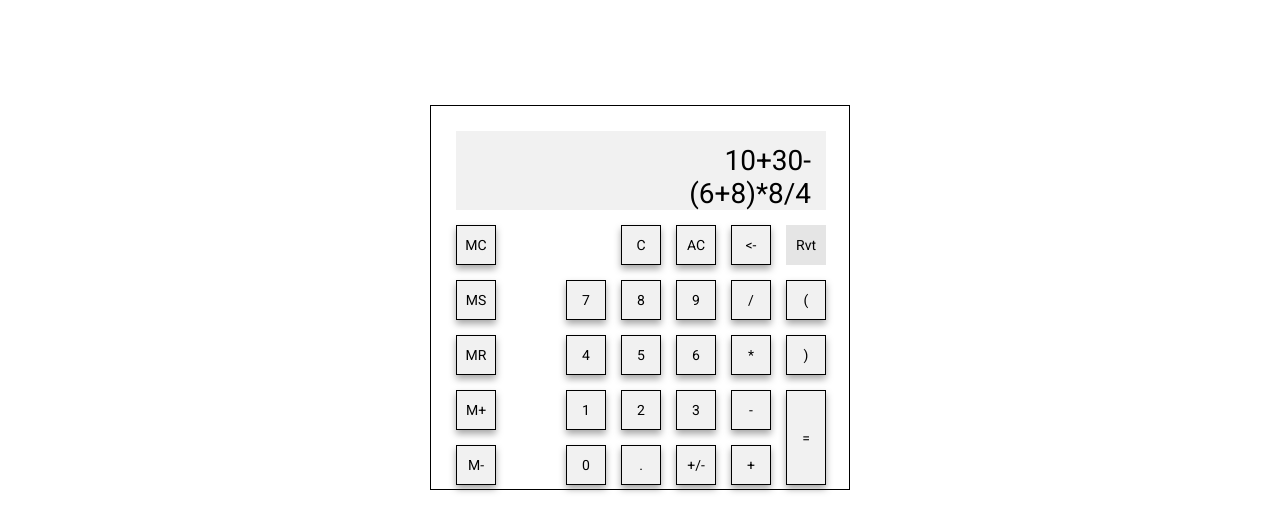
Repository: Teracle/calculator
Page: index.html
An editor plug-in stored every save of this project. The page is shown before and after the next save, followed by the edit.
The browser window is 1280 px wide. The pictures show the whole page.

Above is the page before, as saved 2022-05-06 12:57:59.

### index.html
<!DOCTYPE html>
<html lang="en">
<head>
    <meta charset="UTF-8">
    <meta http-equiv="X-UA-Compatible" content="IE=edge">
    <meta name="viewport" content="width=device-width, initial-scale=1.0">
    <title>Document</title>
    <link rel="stylesheet" href="./css/style.css">

    <!--Google fonts-->
    <link rel="preconnect" href="https://fonts.googleapis.com">
    <link rel="preconnect" href="https://fonts.gstatic.com" crossorigin>
    <link href="https://fonts.googleapis.com/css2?family=Roboto&display=swap" rel="stylesheet">
    <!--Google fonts-->

</head>
<body>

    <section class="calculator">


        <div class="result-field" id="result">10+30-(6+8)*8/4</div>


        <div class="container">

        <div class="buttons-col1">
            <div class="button">MC</div>
            <div class="button">MS</div>
            <div class="button">MR</div>
            <div class="button">M+</div>
            <div class="button">M-</div>
        </div>

        <!-- <div class="buttons-row">
            <div class="button">C</div>
            <div class="button">AC</div>
            <div class="button"><-</div>
            <div class="button button-rvt">Rvt</div>
        </div> -->

        <div class="buttons-row1">
            <div></div>
            <div class="button">7</div>
            <div class="button">4</div>
            <div class="button" value="1" id="num1">1</div>
            <div class="button">0</div>

        </div>

        <div class="buttons-row2">
            <div class="button">C</div>
            <div class="button">8</div>
            <div class="button">5</div>
            <div class="button">2</div>
            <div class="button">.</div>

        </div>
        <div class="buttons-row2">
            <div class="button">AC</div>
            <div class="button">9</div>
            <div class="button">6</div>
            <div class="button">3</div>
            <div class="button">+/-</div>

        </div>

        <div class="buttons-row2">
            <div class="button"><-</div>
            <div class="button" id="divide">/</div>
            <div class="button" id="plus">*</div>
            <div class="button" id="minus">-</div>
            <div class="button" id="plus">+</div>

        </div>

        <div class="buttons-row2">
            <div class="button button-rvt">Rvt</div>
            <div class="button">(</div>
            <div class="button">)</div>
            <div class="button button-calculate">=</div>


        </div>


        <!-- <div class="buttons-grid-main">
            <div class="button">7</div>
            <div class="button">4</div>
            <div class="button">1</div>
            <div class="button">0</div>
        </div> -->


        </div>

    </section>


    <script src="./js/script.js"></script>
</body>
</html>

### css/style.css
*{
    box-sizing: border-box;
}

h1,h2,h3,h4,h5,p{
    margin: 0;
    padding: 0;
}

body{
    font-family:'Roboto',sans-serif;
    font-weight: 400;
    font-size: 14px;
    color: #000000;
}

.container{
    margin-left: 25px;
    margin-right: 25px;
    max-width: 371px;
    display: flex;
}

.calculator{
    max-width: 420px;
    height: 385px;
    margin: 105px auto;
    border:1px solid #000000;
}

.result-field{
    margin: 25px;
    margin-bottom: 15px;
    width:370px;
    background-color: #F1F1F1;
    padding-left: 162px;
    padding-right: 15px;
    padding-top: 13px;
    font-size: 28px;
    line-height: 33px;
    text-align: right;
}



.buttons-col1>*{
    margin-bottom: 15px;
}


.button{
    width: 40px;
    height: 40px;
    background-color: #F1F1F1;
    border:1px solid #000000;
    box-shadow:0px 4px 7px rgb(0 0 0 / 35%);
    display: flex;
    justify-content: center;
    align-items: center;
    cursor: pointer;
    transition: transform .2s ease-in, box-shadow .2s ease-in;
}


.button:active{
    transform: scale(0.85);
    box-shadow: 3px 2px 25px 1px rgba(0,0,0,0.25);
}

.buttons-row{
    margin-left: 110px;
    display: flex;
}

.buttons-row>*{
    margin-left: 15px;
}

.button-rvt{
   background-color: #E5E5E5;
   border: none;
   box-shadow: unset;
}

.buttons-row1{
    margin-top: 40px;
    margin-left: 70px;
}

.buttons-row1>*,.buttons-row2>*{
    margin-bottom: 15px;
}

.buttons-row2{
    margin-left: 15px;

}

.button-calculate{
    height: 95px;
}

### js/script.js
const num1=document.getElementById('num1');
const result=document.getElementById('result');

num1.addEventListener('click',()=>{
    result.innerHTML=num1.getAttribute('value');

})

After the next save:
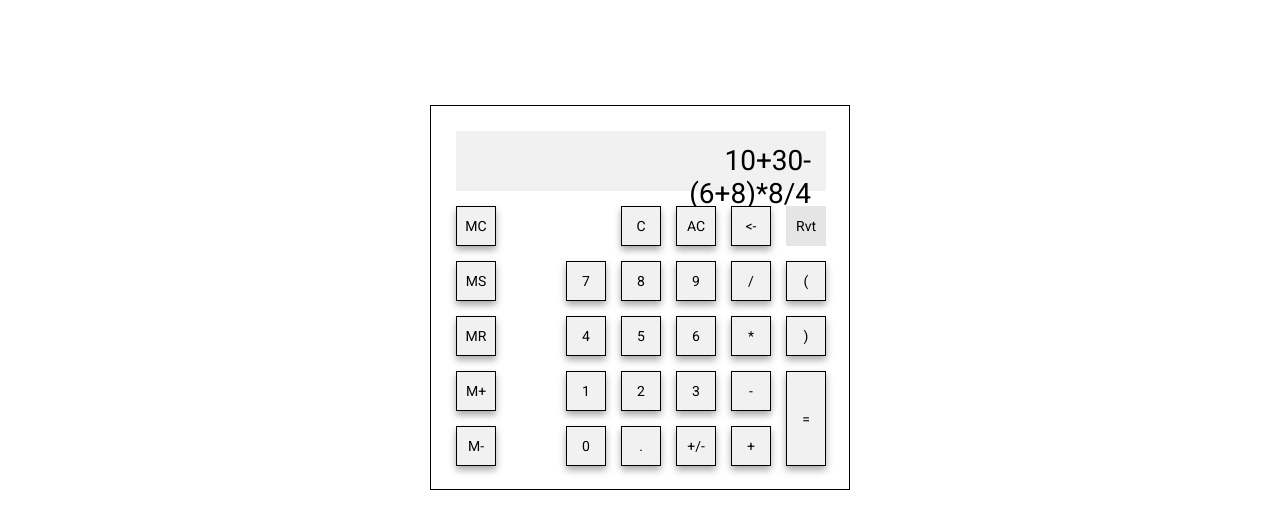
Saved 2 s later.
--- a/css/style.css
+++ b/css/style.css
@@ -32,6 +32,7 @@ body{
     margin: 25px;
     margin-bottom: 15px;
     width:370px;
+    height: 60px;
     background-color: #F1F1F1;
     padding-left: 162px;
     padding-right: 15px;
